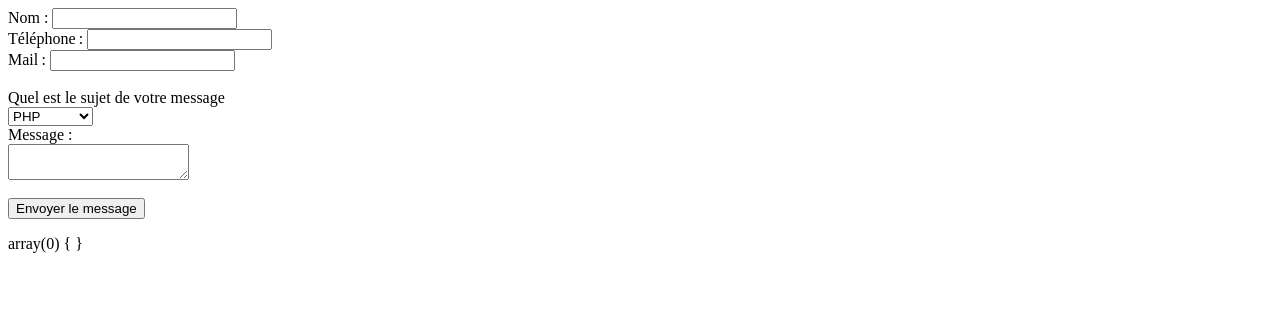
Repository: Val712/quete-Formulaires
Page: http://localhost/form.php
The author's editor kept a copy of each file at every save. The page is drawn from the files as they stood at one save, then again after the next save.
The browser window is 1280 px wide. The pictures show the whole page.
The page is run by PHP 8.4 with error messages shown; the project is at /var/www/html/.

Above is the page before, as saved 2019-08-25 02:43:06.

After the next save:
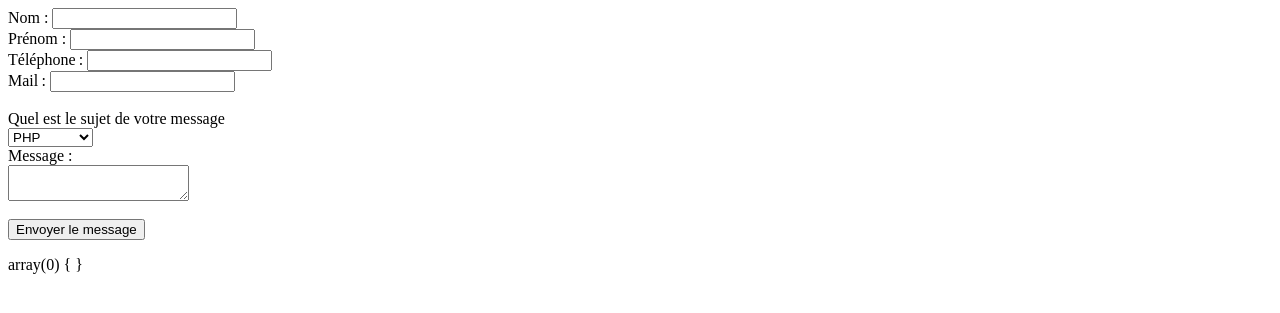
Saved 5 min 50 s later.
--- a/form.php
+++ b/form.php
@@ -2,6 +2,9 @@
     <div>
         <label for="name">Nom :</label>
         <input type="text" id="name" name="user_name" value="">
+    </div>
+    <label for="prenom">Prénom :</label>
+        <input type="text" id="prenom" name="user_prenom" value="">
     </div>
     <div>
         <label for="tel">Téléphone :</label>
